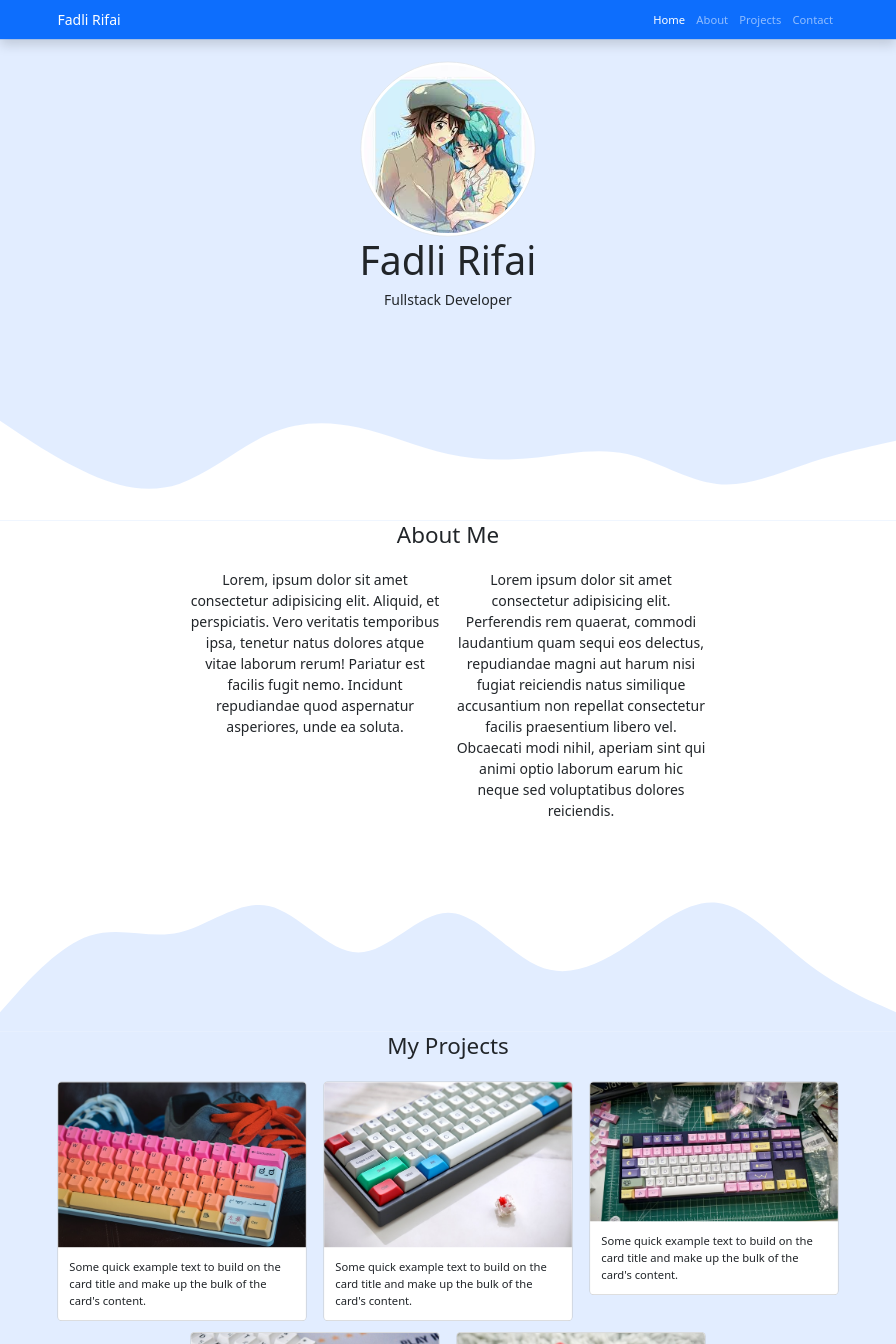
Repository: fadlyyy/fadli-dev.github.io
Page: index.html
The author's editor kept a copy of each file at every save. The page is drawn from the files as they stood at one save, then again after the next save.
The browser window is 1280 px wide. The pictures show the part of the page from y = 0 to 1920 px (the page is 5000 px tall), at 70% of full size.

Above is the page before, as saved 2024-01-19 15:48:39.

### index.html
<!DOCTYPE html>
<html lang="en">
  <head>
    <meta charset="utf-8" />
    <meta name="viewport" content="width=device-width, initial-scale=1" />
    <title>Bootstrap demo</title>
    <link href="https://cdn.jsdelivr.net/npm/bootstrap@5.2.3/dist/css/bootstrap.min.css" rel="stylesheet" integrity="sha384-rbsA2VBKQhggwzxH7pPCaAqO46MgnOM80zW1RWuH61DGLwZJEdK2Kadq2F9CUG65" crossorigin="anonymous" />
    <link rel="stylesheet" href="style.css" />
  </head>
  <body>
    <!-- Navbar -->
    <nav class="navbar navbar-expand-lg navbar-dark bg-primary shadow">
      <div class="container">
        <a class="navbar-brand fs-5" href="#">Fadli Rifai</a>
        <button class="navbar-toggler" type="button" data-bs-toggle="collapse" data-bs-target="#navbarNav" aria-controls="navbarNav" aria-expanded="false" aria-label="Toggle navigation">
          <span class="navbar-toggler-icon"></span>
        </button>
        <div class="collapse navbar-collapse" id="navbarNav">
          <ul class="navbar-nav ms-auto">
            <li class="nav-item">
              <a class="nav-link active" aria-current="page" href="#">Home</a>
            </li>
            <li class="nav-item">
              <a class="nav-link" href="#">About</a>
            </li>
            <li class="nav-item">
              <a class="nav-link" href="#">Projects</a>
            </li>
            <li class="nav-item">
              <a class="nav-link" href="#">Contact</a>
            </li>
          </ul>
        </div>
      </div>
    </nav>
    <!-- Navbar End -->

    <!-- Jumbotron -->
    <section class="jumbotron text-center">
      <img class="rounded-circle img-thumbnail" src="img/images.jpeg" alt="" width="250" />
      <h1 class="display-4">Fadli Rifai</h1>
      <p class="lead">Fullstack Developer</p>
      <svg xmlns="http://www.w3.org/2000/svg" viewBox="0 0 1440 320">
        <path
          fill="#ffffff"
          fill-opacity="1"
          d="M0,160L24,176C48,192,96,224,144,245.3C192,267,240,277,288,261.3C336,245,384,203,432,181.3C480,160,528,160,576,170.7C624,181,672,203,720,213.3C768,224,816,224,864,218.7C912,213,960,203,1008,213.3C1056,224,1104,256,1152,261.3C1200,267,1248,245,1296,229.3C1344,213,1392,203,1416,197.3L1440,192L1440,320L1416,320C1392,320,1344,320,1296,320C1248,320,1200,320,1152,320C1104,320,1056,320,1008,320C960,320,912,320,864,320C816,320,768,320,720,320C672,320,624,320,576,320C528,320,480,320,432,320C384,320,336,320,288,320C240,320,192,320,144,320C96,320,48,320,24,320L0,320Z"
        ></path>
      </svg>
    </section>
    <!-- Jumbotron End -->

    <!-- About -->
    <section id="about">
      <div class="container">
        <div class="row text-center mb-4">
          <div class="col">
            <h2>About Me</h2>
          </div>
        </div>
        <div class="row justify-content-center fs-5 text-center">
          <div class="col-md-4">
            <p class="">
              Lorem, ipsum dolor sit amet consectetur adipisicing elit. Aliquid, et perspiciatis. Vero veritatis temporibus ipsa, tenetur natus dolores atque vitae laborum rerum! Pariatur est facilis fugit nemo. Incidunt repudiandae quod
              aspernatur asperiores, unde ea soluta.
            </p>
          </div>
          <div class="col-md-4">
            <p>
              Lorem ipsum dolor sit amet consectetur adipisicing elit. Perferendis rem quaerat, commodi laudantium quam sequi eos delectus, repudiandae magni aut harum nisi fugiat reiciendis natus similique accusantium non repellat
              consectetur facilis praesentium libero vel. Obcaecati modi nihil, aperiam sint qui animi optio laborum earum hic neque sed voluptatibus dolores reiciendis.
            </p>
          </div>
        </div>
      </div>
      <svg xmlns="http://www.w3.org/2000/svg" viewBox="0 0 1440 320">
        <path
          fill="#e2edff"
          fill-opacity="1"
          d="M0,288L24,261.3C48,235,96,181,144,165.3C192,149,240,171,288,160C336,149,384,107,432,117.3C480,128,528,192,576,192C624,192,672,128,720,128C768,128,816,192,864,213.3C912,235,960,213,1008,181.3C1056,149,1104,107,1152,112C1200,117,1248,171,1296,208C1344,245,1392,267,1416,277.3L1440,288L1440,320L1416,320C1392,320,1344,320,1296,320C1248,320,1200,320,1152,320C1104,320,1056,320,1008,320C960,320,912,320,864,320C816,320,768,320,720,320C672,320,624,320,576,320C528,320,480,320,432,320C384,320,336,320,288,320C240,320,192,320,144,320C96,320,48,320,24,320L0,320Z"
        ></path>
      </svg>
    </section>
    <!-- About End -->

    <!-- Section Projects -->
    <section id="projects">
      <div class="container">
        <div class="row mb-4">
          <div class="col text-center">
            <h2>My Projects</h2>
          </div>
        </div>
        <div class="row justify-content-center">
          <div class="col-md-4 mb-3 child">
            <div class="card">
              <img src="img/projects/Projects1.jpg" class="card-img-top" alt="..." />
              <div class="card-body">
                <p class="card-text">Some quick example text to build on the card title and make up the bulk of the card's content.</p>
              </div>
            </div>
          </div>
          <div class="col-md-4 mb-3 child">
            <div class="card">
              <img src="img/projects/Projects2.jpg" class="card-img-top" alt="..." />
              <div class="card-body">
                <p class="card-text">Some quick example text to build on the card title and make up the bulk of the card's content.</p>
              </div>
            </div>
          </div>
          <div class="col-md-4 mb-3 child">
            <div class="card">
              <img src="img/projects/Projects3.jpg" class="card-img-top" alt="..." />
              <div class="card-body">
                <p class="card-text">Some quick example text to build on the card title and make up the bulk of the card's content.</p>
              </div>
            </div>
          </div>
          <div class="col-md-4 mb-3 child">
            <div class="card">
              <img src="img/projects/Projects4.jpg" class="card-img-top" alt="..." />
              <div class="card-body">
                <p class="card-text">Some quick example text to build on the card title and make up the bulk of the card's content.</p>
              </div>
            </div>
          </div>
          <div class="col-md-4 mb-3 child">
            <div class="card">
              <img src="img/projects/Projects5.jpg" class="card-img-top" alt="..." />
              <div class="card-body">
                <p class="card-text">Some quick example text to build on the card title and make up the bulk of the card's content.</p>
              </div>
            </div>
          </div>
        </div>
      </div>
      <svg xmlns="http://www.w3.org/2000/svg" viewBox="0 0 1440 320"><path fill="#fff" fill-opacity="1" d="M0,192L48,197.3C96,203,192,213,288,192C384,171,480,117,576,128C672,139,768,213,864,229.3C960,245,1056,203,1152,197.3C1248,192,1344,224,1392,240L1440,256L1440,320L1392,320C1344,320,1248,320,1152,320C1056,320,960,320,864,320C768,320,672,320,576,320C480,320,384,320,288,320C192,320,96,320,48,320L0,320Z"></path></svg>
    </section>
    <!-- End Section Projects -->

    <!-- Contact -->
    <section id="contact">
      <div class="container">
        <div class="row text-center mb-3">
          <div class="col">
            <h2>Contact Me</h2>
          </div>
        </div>
        <div class="row justify-content-center">
          <div class="col-md-6">
            <form>
              <div class="mb-3">
                <label for="name" class="form-label">Name</label>
                <input type="text" class="form-control" id="name" aria-describedby="name" />
              </div>
              <div class="mb-3">
                <label for="email" class="form-label">Email Address</label>
                <input type="email" class="form-control" id="email" aria-describedby="email" />
              </div>
              <div class="mb-3">
                <label for="message" class="form-label">Message</label>
                <textarea class="form-control" id="message" rows="3"></textarea>
              </div>
              <button type="submit" class="btn btn-primary">Send Message</button>
            </form>
          </div>
        </div>
      </div>
    <!-- End Contact -->

    <script src="https://cdn.jsdelivr.net/npm/bootstrap@5.2.3/dist/js/bootstrap.bundle.min.js" integrity="sha384-kenU1KFdBIe4zVF0s0G1M5b4hcpxyD9F7jL+jjXkk+Q2h455rYXK/7HAuoJl+0I4" crossorigin="anonymous"></script>
  </body>
</html>

### style.css
body {
  min-height: 5000px;
}

.jumbotron {
  padding-top: 2rem;
  background-color: #e2edff;
}

#projects {
  background-color: #e2edff;
}

#projects .child {
  transition: all 0.2s ease-in-out;
}

#projects .child:hover {
  scale: 1.04;
}

After the next save:
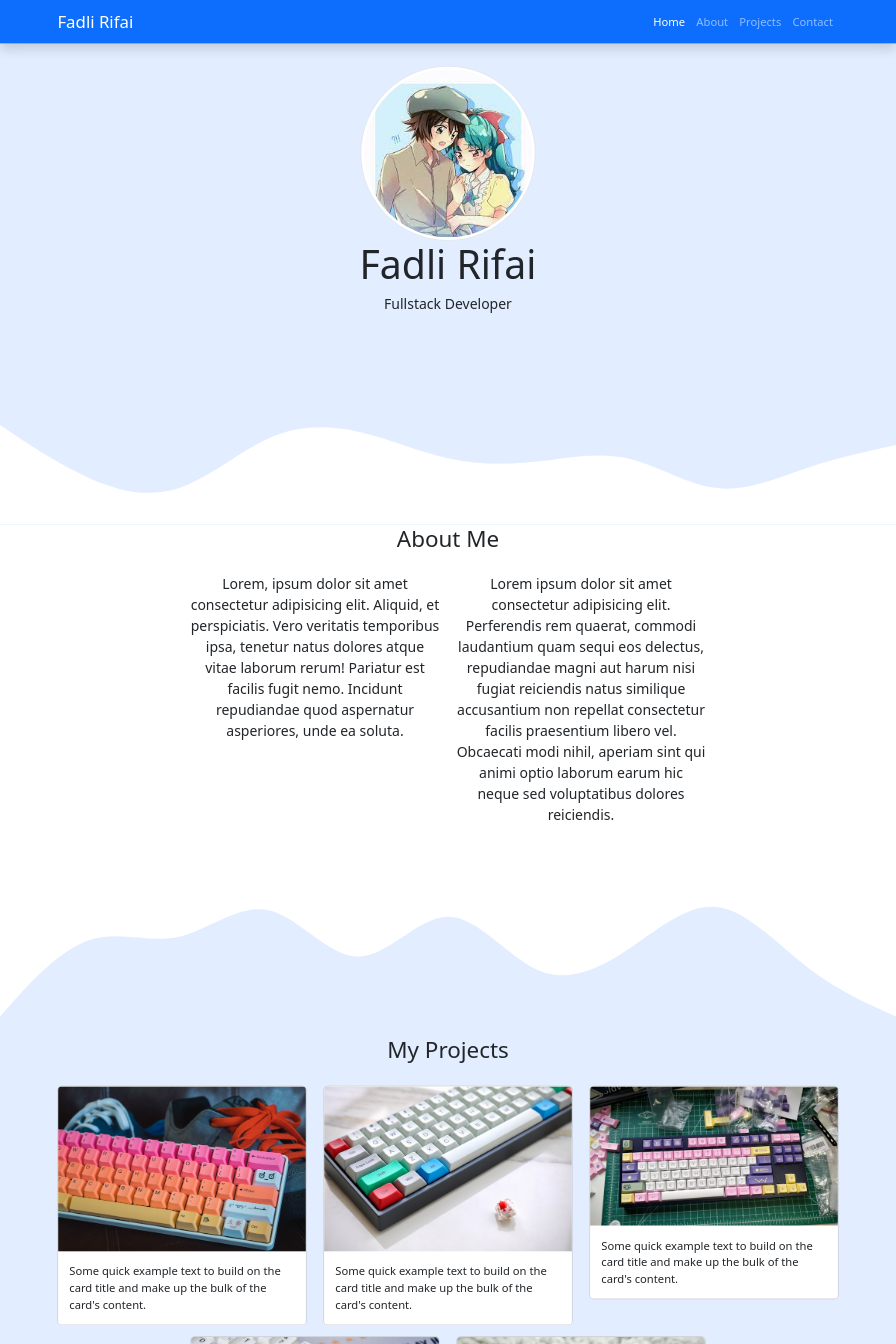
Saved 4 s later.
--- a/index.html
+++ b/index.html
@@ -11,7 +11,7 @@
     <!-- Navbar -->
     <nav class="navbar navbar-expand-lg navbar-dark bg-primary shadow">
       <div class="container">
-        <a class="navbar-brand fs-5" href="#">Fadli Rifai</a>
+        <a class="navbar-brand fs-4" href="#">Fadli Rifai</a>
         <button class="navbar-toggler" type="button" data-bs-toggle="collapse" data-bs-target="#navbarNav" aria-controls="navbarNav" aria-expanded="false" aria-label="Toggle navigation">
           <span class="navbar-toggler-icon"></span>
         </button>
